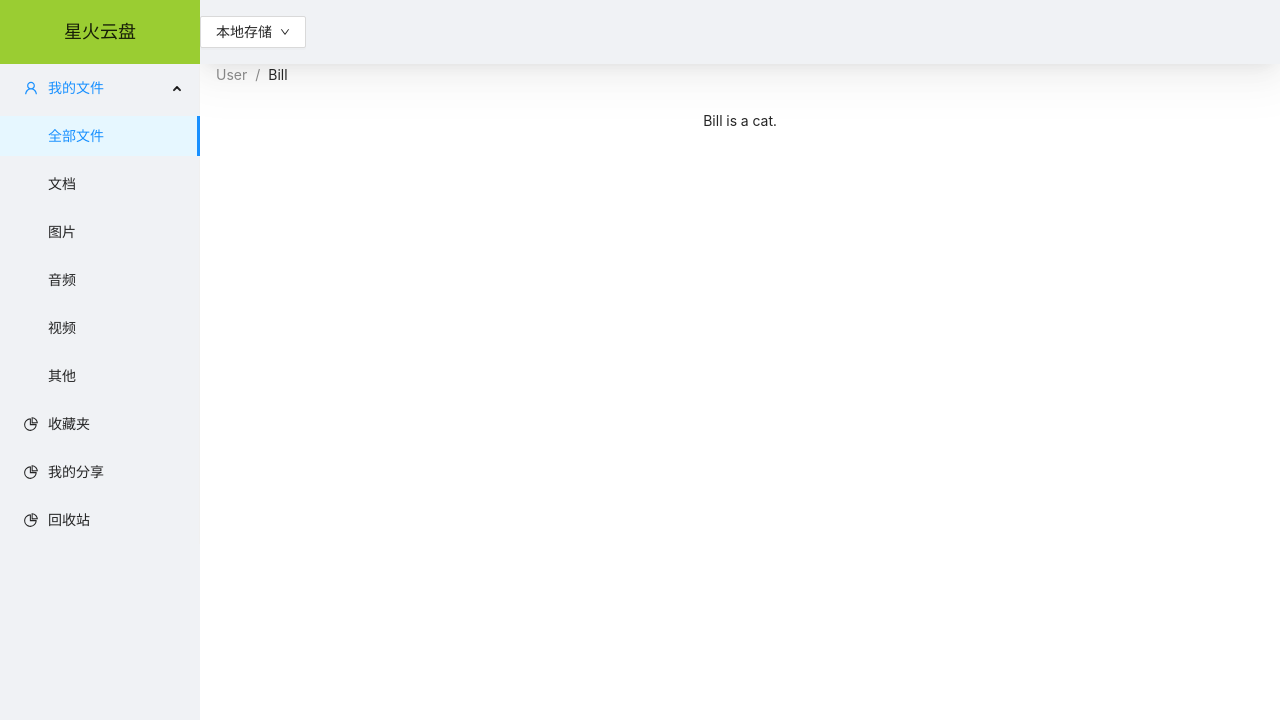
Repository: xstnet/starfire-cloud-fe
Page: /
The author's editor kept a copy of each file at every save. The page is drawn from the files as they stood at one save, then again after the next save.
The browser window is 1280 px wide. The pictures show the whole page.
The project was rebuilt for these pictures with package versions that can differ from the ones it lists, and the page was loaded fresh each time. Also part of the build but not shown: craco.config.js.

Above is the page before, as saved 2021-09-12 22:00:55.

### src/index.js
import React from 'react';
import ReactDOM from 'react-dom';
import './index.css';
import App from './App';
import reportWebVitals from './reportWebVitals';

// ReactDOM.render(
//   <React.StrictMode>
//     <App />
//   </React.StrictMode>,
//   document.getElementById('root')
// );

ReactDOM.render(
  <App />,
  document.getElementById('root')
);

// If you want to start measuring performance in your app, pass a function
// to log results (for example: reportWebVitals(console.log))
// or send to an analytics endpoint. Learn more: https://bit.ly/CRA-vitals
reportWebVitals();

### src/App.js
import React from 'react';
// import { Button } from 'antd';
import './App.css';
import MainLayout from './page/layout/main'

const App = () => (
  <div className="App">
    <MainLayout></MainLayout>
  </div>
);

export default App;

### src/page/layout/main.jsx
import React from 'react';
import { Layout, Menu, Breadcrumb,Dropdown,Button,message } from 'antd';
import {
  PieChartOutlined,
  UserOutlined,
  DownOutlined,
} from '@ant-design/icons';
import './main.less';

const { Header, Content, Sider } = Layout;
const { SubMenu } = Menu;

const menu = (
    <Menu >
      <Menu.Item key="1">
        本地存储
      </Menu.Item>
      <Menu.Item key="2">
        阿里云OSS
      </Menu.Item>
      <Menu.Item key="3">
        腾讯云OSS
      </Menu.Item>
    </Menu>
  );

class MainLayout extends React.Component {
  state = {
    collapsed: false,
  };


  render() {
    const { collapsed } = this.state;
    return (
      <Layout className="main" style={{ minHeight: '100vh' }}>
        <Sider className="side-left" theme="light" >
          <div className="logo">
              星火云盘
          </div>
          <Menu defaultSelectedKeys={['all']} defaultOpenKeys={["my-file"]} mode="inline">
            <SubMenu key="my-file" icon={<UserOutlined />} title="我的文件">
              <Menu.Item key="all">全部文件</Menu.Item>
              <Menu.Item key="doc">文档</Menu.Item>
              <Menu.Item key="imgage">图片</Menu.Item>
              <Menu.Item key="audio">音频</Menu.Item>
              <Menu.Item key="video">视频</Menu.Item>
              <Menu.Item key="other">其他</Menu.Item>
            </SubMenu>
            <Menu.Item key="favorite" icon={<PieChartOutlined />}>
              收藏夹
            </Menu.Item>
            <Menu.Item key="share" icon={<PieChartOutlined />}>
              我的分享
            </Menu.Item>
            <Menu.Item key="recycle" icon={<PieChartOutlined />}>
              回收站
            </Menu.Item>
          </Menu>
        </Sider>
        <Layout className="side-right">
          <Header className="header">
            <Dropdown overlay={menu}>
                <Button>
                    本地存储 <DownOutlined />
                </Button>
            </Dropdown>
          </Header>
          <Breadcrumb className="bread-crumb">
              <Breadcrumb.Item>User</Breadcrumb.Item>
              <Breadcrumb.Item>Bill</Breadcrumb.Item>
          </Breadcrumb>
          <Content className="content">
            <div  style={{ padding: 24, minHeight: 360 }}>
              Bill is a cat.
            </div>
          </Content>
        </Layout>
      </Layout>
    );
  }
}

export default MainLayout;

### src/page/layout/main.less
@import '~antd/lib/style/themes/default.less';

@sideColor : #f0f2f5;


  .main {
    .side-left {
      background: @sideColor;

      .logo {
        height: 64px;
        line-height: 64px;
        text-align: center;
        font-size: 18px;
        background-color: yellowgreen;
      }

      .ant-menu {
        background-color: @sideColor;
      }
    }

    .side-right {
      background-color: white;

      .header {
        background: @sideColor;
        padding: 0;
        box-shadow: @shadow-1-down;
        text-align: left;
      }

      .content {
        margin: 0 16px;
      }

      .bread-crumb {
        margin: 0 16px;
      }
    }
  }

Loaded but not shown: public/index.html (common file); src/index.css (common file); src/reportWebVitals.js (common file); src/App.css (common file)

After the next save:
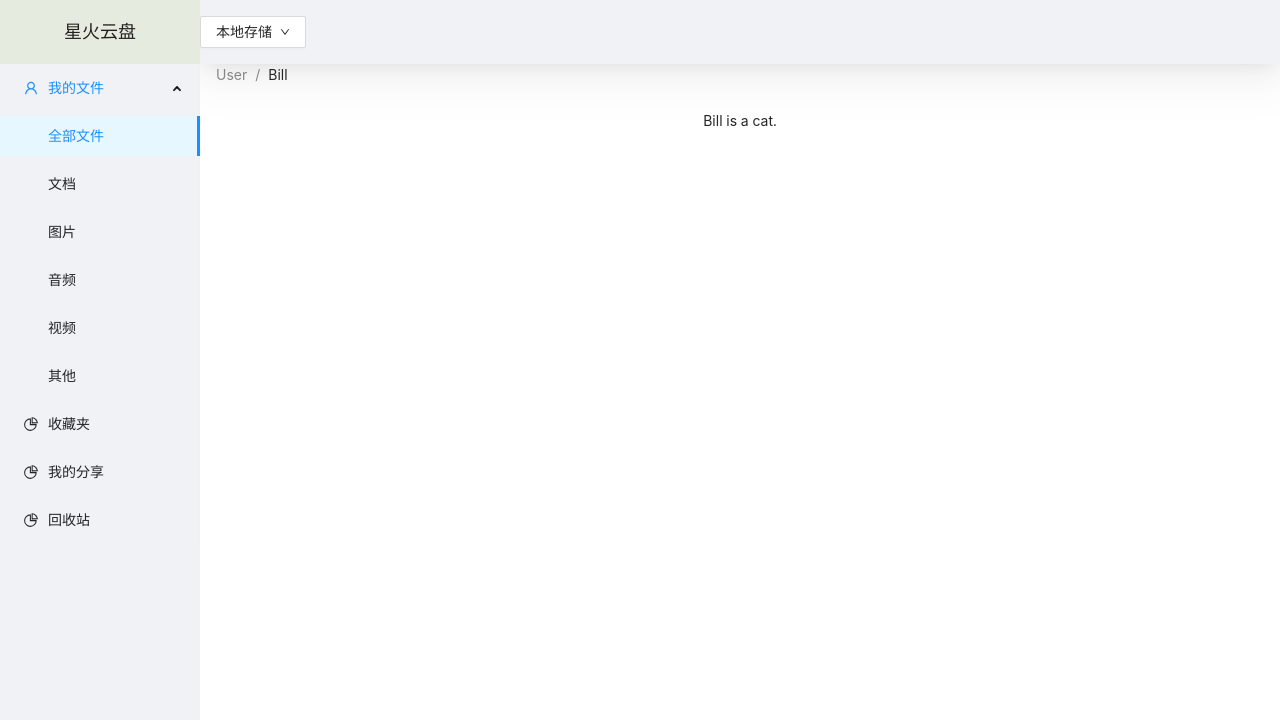
Saved 20 s later.
--- a/src/page/layout/main.less
+++ b/src/page/layout/main.less
@@ -12,7 +12,7 @@
         line-height: 64px;
         text-align: center;
         font-size: 18px;
-        background-color: yellowgreen;
+        background-color: rgb(229, 235, 223);
       }
 
       .ant-menu {
